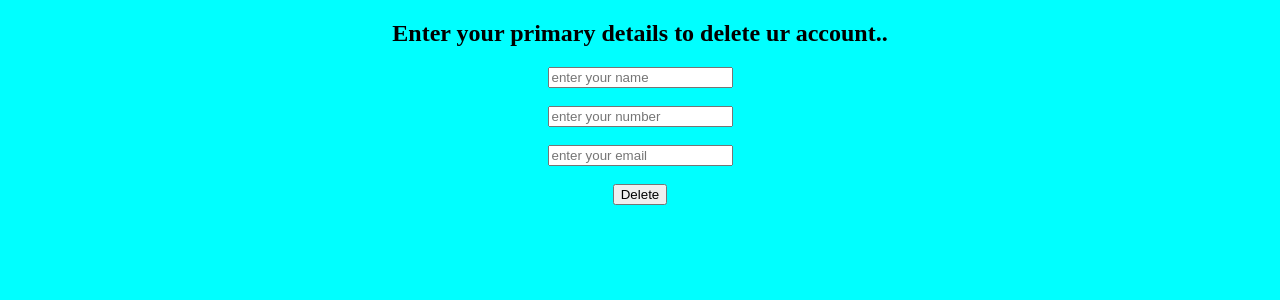
Repository: bpgujjari/Java-Logics
Page: conditional and looping programs/RathanSir/Project1/src/main/webapp/delete.html
The author's editor kept a copy of each file at every save. The page is drawn from the files as they stood at one save, then again after the next save.
The browser window is 1280 px wide. The pictures show the whole page.

Above is the page before, as saved 2023-03-15 17:04:33.

After the next save:
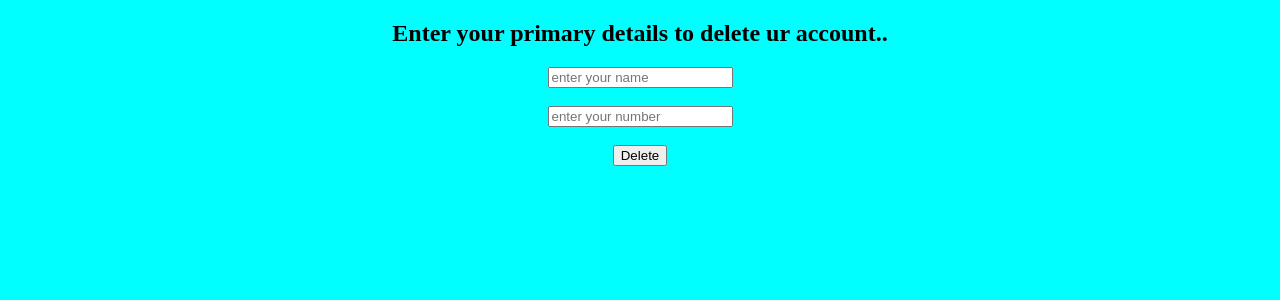
Saved 69 s later.
--- a/conditional and looping programs/RathanSir/Project1/src/main/webapp/delete.html
+++ b/conditional and looping programs/RathanSir/Project1/src/main/webapp/delete.html
@@ -5,7 +5,6 @@
 <h2>Enter your primary details to delete ur account..</h2>
 <input type="text" name="username" placeholder="enter your name"><br><br>
 <input type="number" name="number" placeholder="enter your number"><br><br>
-<input type="email" name="email" placeholder="enter your email"><br><br>
 <input type="submit" value="Delete">
 </form>
 </body>
